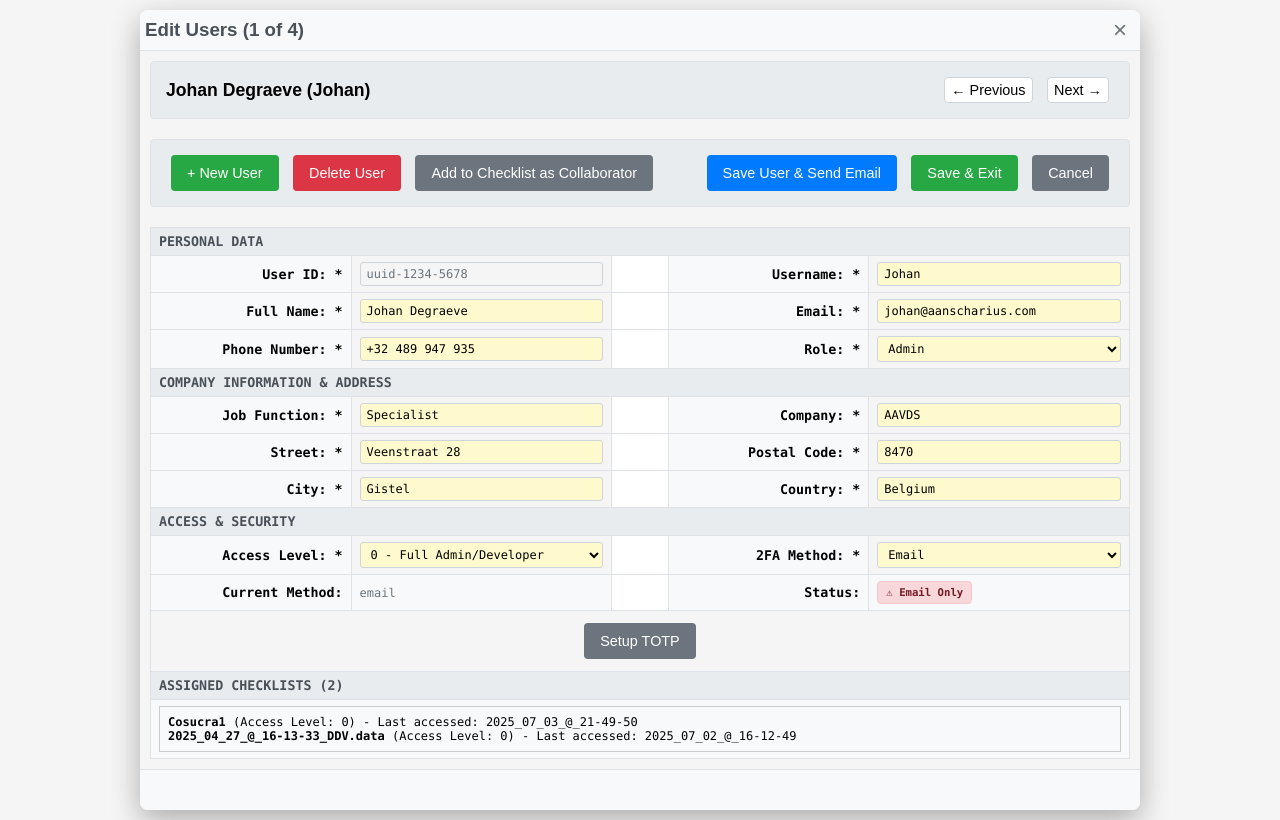
Repository: jeedee23/checklistrepo
Page: checklists/user-management-demo.html
These files come from the project's save history. The page is drawn as it stood at one moment and after the next save; the edit follows.
The browser window is 1280 px wide. The pictures show the whole page.

Above is the page before, as saved 2025-07-04 14:19:29.

After the next save:
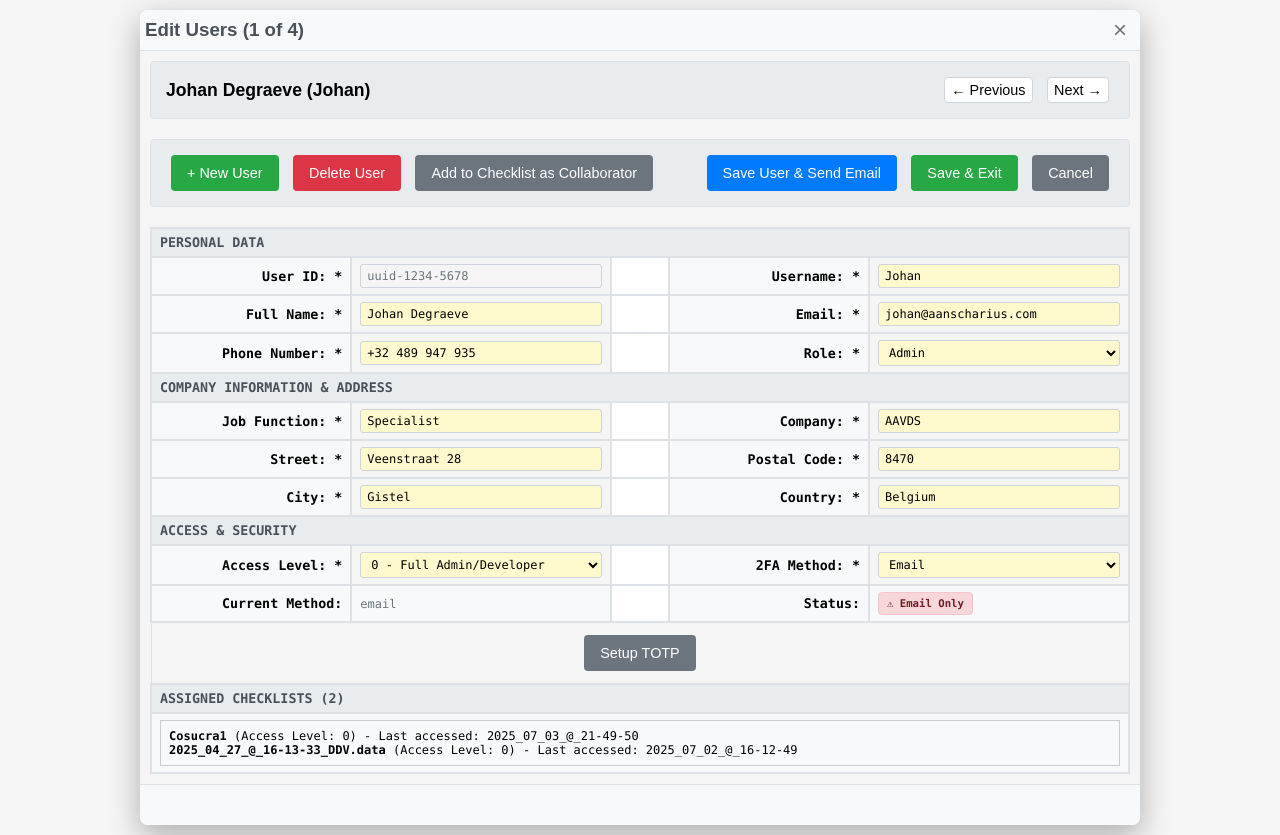
Saved 17 s later.
--- a/checklists/user-management-demo.html
+++ b/checklists/user-management-demo.html
@@ -91,7 +91,7 @@
         .form-table td {
             padding: 6px 8px;
             vertical-align: middle;
-            border: 1px solid #dee2e6;
+            border: 2px solid #dee2e6;
         }
 
         .section-header {
